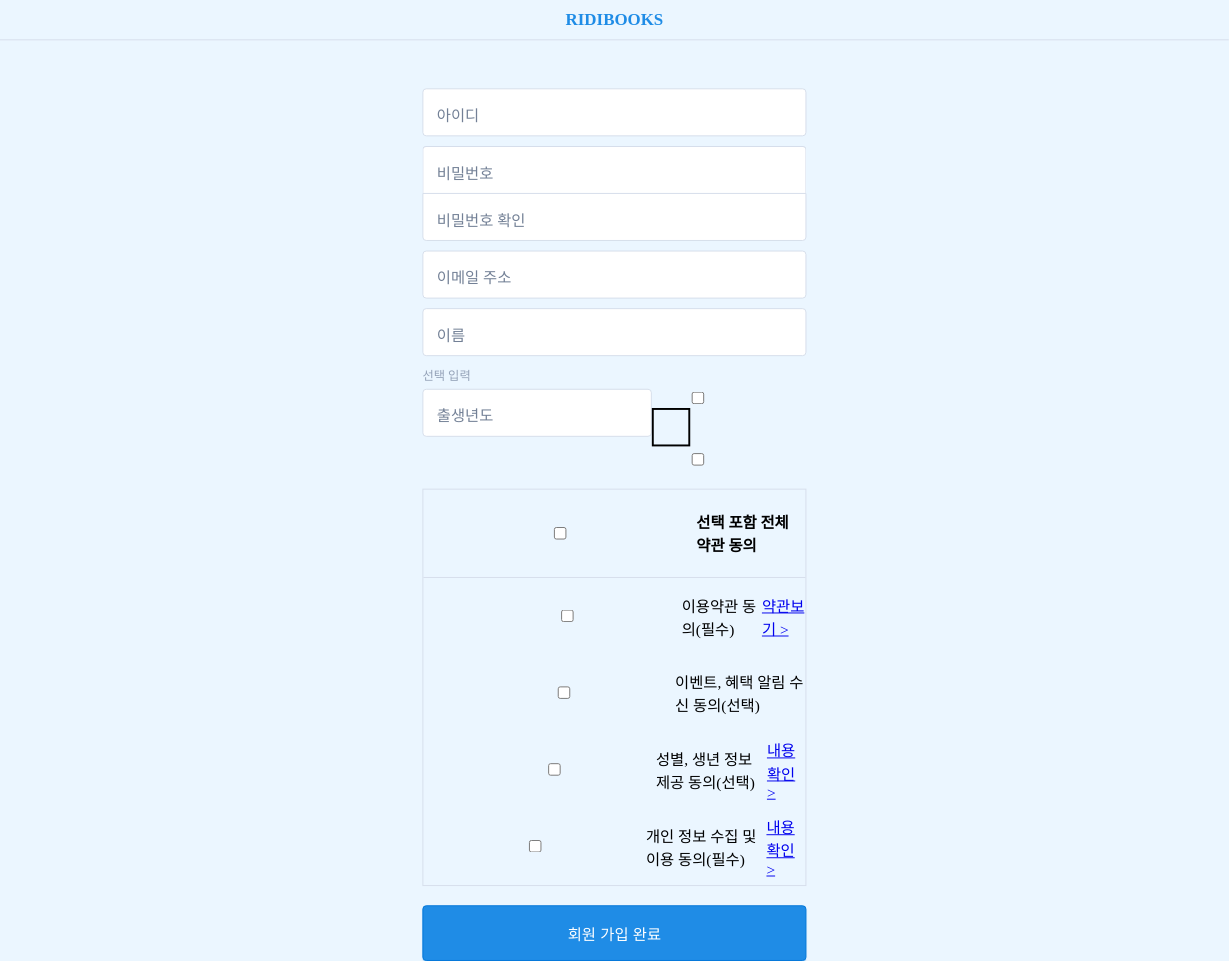
Repository: mega-teamproject/teamproject1
Page: html/join2.html
An editor plug-in stored every save of this project. The page is shown before and after the next save, followed by the edit.
The browser window is 1280 px wide. The pictures show the whole page, at 96% of full size.

Above is the page before, as saved 2021-12-30 00:25:04.

### html/join2.html
<!DOCTYPE html>
<html lang="ko">
  <head>
    <meta charset="UTF-8" />
    <meta http-equiv="X-UA-Compatible" content="IE=edge" />
    <meta name="viewport" content="width=device-width, initial-scale=1.0" />
    <title>insert page title</title>
    <link rel="stylesheet" href="../css/join2.css" />
    <link
      rel="stylesheet"
      href="https://use.fontawesome.com/releases/v5.15.4/css/all.css"
      integrity="sha384-DyZ88mC6Up2uqS4h/KRgHuoeGwBcD4Ng9SiP4dIRy0EXTlnuz47vAwmeGwVChigm"
      crossorigin="anonymous"
    />
  </head>
  <body>
    <div class="container">
      <header>
        <h3>
          <a href="index.html">RIDIBOOKS</a>
        </h3>
      </header>
      <form action="">
        <div class="relative">
          <input type="text" class="mt-b" />
          <span class="placeholder">아이디</span>
          <span class="focus">5~20자 영문,숫자 입력</span>
          <p class="alert">
            <i class="fas fa-exclamation-circle"></i>
            아이디를 입력해주세요.
          </p>
        </div>
        <div class="relative">
          <input type="password" name="pwd" id="pwd" />
          <span class="placeholder">비밀번호</span>
          <span class="focus"
            >8자 이상, 영문/숫자/특수문자 중 2가지 이상 입력</span
          >
        </div>
        <div class="relative">
          <input type="password" name="pwdCheck" id="pwdCheck" class="mt-b" />
          <span class="placeholder">비밀번호 확인</span>
          <span class="focus">비밀번호 재입력</span>
          <p class="alert">
            <i class="fas fa-exclamation-circle"></i>
            비밀번호를 입력해주세요.
          </p>
        </div>
        <div class="relative">
          <input type="email" name="mail" id="mail" class="mt-b" />
          <span class="placeholder">이메일 주소</span>
          <span class="focus">이메일 주소 입력</span>
          <p class="alert">
            <i class="fas fa-exclamation-circle"></i>
            이메일을 입력해주세요.
          </p>
        </div>
        <div class="relative">
          <input type="text" name="name" id="name" class="mt-b" />
          <span class="placeholder">이름</span>
          <span class="focus">이름 입력</span>
          <p class="alert">
            <i class="fas fa-exclamation-circle"></i>
            이름을 입력해주세요.
          </p>
        </div>
        <div class="mt-b">
          <p id="label">선택 입력</p>
          <div class="birth-gender relative">
            <div class="birth">
              <input type="text" />
              <span class="placeholder">출생년도</span>
              <span class="focus">예: 1981</span>
            </div>
            <div class="gender">
              <label for="male_box"></label>
              <input type="checkbox" id="male_box" value="남" />
              <!-- <span>남</span> -->

              <label for="female_box"></label>
              <input type="checkbox" id="female_box" value="여" />
              <!-- <span>여</span> -->
            </div>
          </div>
        </div>
        <div class="terms">
          <div class="allAgree agree">
            <input type="checkbox" name="all" id="all" />
            <h4>선택 포함 전체 약관 동의</h4>
          </div>
          <div class="termAgree agree m-l space">
            <input type="checkbox" name="term" id="term" />
            <p>이용약관 동의(필수)</p>
            <a href="#">약관보기 ></a>
          </div>
          <div class="alarmAgree agree m-l">
            <input type="checkbox" name="alarm" id="alarm" />
            <p>이벤트, 혜택 알림 수신 동의(선택)</p>
          </div>
          <div class="infoAgree agree m-l space">
            <input type="checkbox" name="info" id="info" />
            <p>성별, 생년 정보 제공 동의(선택)</p>
            <a href="#">내용확인 ></a>
          </div>
          <div class="personalAgree agree space">
            <input type="checkbox" name="personalInfo" id="personalInfo" />
            <p>개인 정보 수집 및 이용 동의(필수)</p>
            <a href="#">내용확인 ></a>
          </div>
        </div>
        <div class="complete">
          <button
            class="submit-login"
            type="button"
            onclick="location.href='join2.html'"
          >
            회원 가입 완료
          </button>
        </div>
      </form>
    </div>
  </body>
</html>

### css/join2.css
* {
  /* input hover border 색 #9ea7ad */
  /* input border #D6DEEB */
  /* input내 span color #303538 */
  /* focus border #1F8CE6 */
  /* alert border rgb(250, 186, 179) */
  /* alert color rgb(230, 73, 56) */
  /* focus color rgb(31, 140, 230) */
  box-sizing: border-box;
}

body {
  margin: 0;
  background-color: #ebf6ff;
}

header {
  margin-bottom: 50px;
}

h3 {
  border-bottom: 1px solid #d6deeb;
  text-align: center;
  margin: 0;
  padding: 10px 0;
  font-size: 1.1rem;
  font-weight: bolder;
}

h3 a {
  text-decoration: none;
  color: #1f8ce6;
  font-weight: bold;
}
form {
  display: flex;
  flex-flow: column;
  width: 400px;
  margin: 0 auto;
}

form input {
  width: 100%;
  padding: 15px;
  border: 1px solid #d6deeb;
  border-radius: 4px;
  font-size: 1em;
}

form input:hover {
  border: 1px solid #9ea7ad;
  border-radius: 4px;
}

form input:focus {
  outline: 1px solid #1f8ce6;
  border-radius: 4px;
}

form .relative {
  position: relative;
}

form .relative span.placeholder {
  position: absolute;
  top: 15px;
  left: 15px;
  color: #738096;
}

form .relative span.focus {
  position: absolute;
  top: 5px;
  left: 10px;
  font-size: 5px;
  color: rgb(31, 140, 230);
  display: none;
}

form .relative p.alert {
  display: none;
  color: rgb(230, 73, 56);
}

input.mt-b {
  margin-bottom: 10px;
}

input#pwd {
  border-bottom: none;
  border-radius: 4px 4px 0 0;
}

form input#pwd:focus {
  outline: 1px solid #1f8ce6;
  border-bottom: 1px solid #1f8ce6;
  border-radius: 4px;
}

input#pwdCheck {
  border-radius: 0 0 4px 4px;
}

.mt-b p#label {
  font-size: 0.8em;
  color: #94a2b8;
  margin: 0;
  margin-bottom: 5px;
}

.birth-gender {
  display: flex;
}

input[id="male_box"] + label {
  display: inline-block;
  width: 40px;
  height: 40px;
  border: 2px solid black;
}

input.gender_box {
  display: none;
}

.terms {
  border: 1px solid #d6deeb;
  margin-top: 20px;
  display: flex;
  flex-flow: column;
}
.allAgree {
  border-bottom: 1px solid #d6deeb;
}

.terms .agree {
  display: flex;
  align-items: center;
}

.terms .m-l {
  margin-left: 30px;
}

button.submit-login {
  width: 100%;
  padding: 16px 14px;
  margin: 20px 0;
  margin-bottom: 0;
  cursor: pointer;
  background-color: #1f8ce6;
  border: 1px solid #0077d9;
  border-radius: 4px;
  color: white;
  font-size: 1rem;
  font-weight: 570;
  box-shadow: 0 1px 1px 0 rgb(31 140 230 / 30%);
}

After the next save:
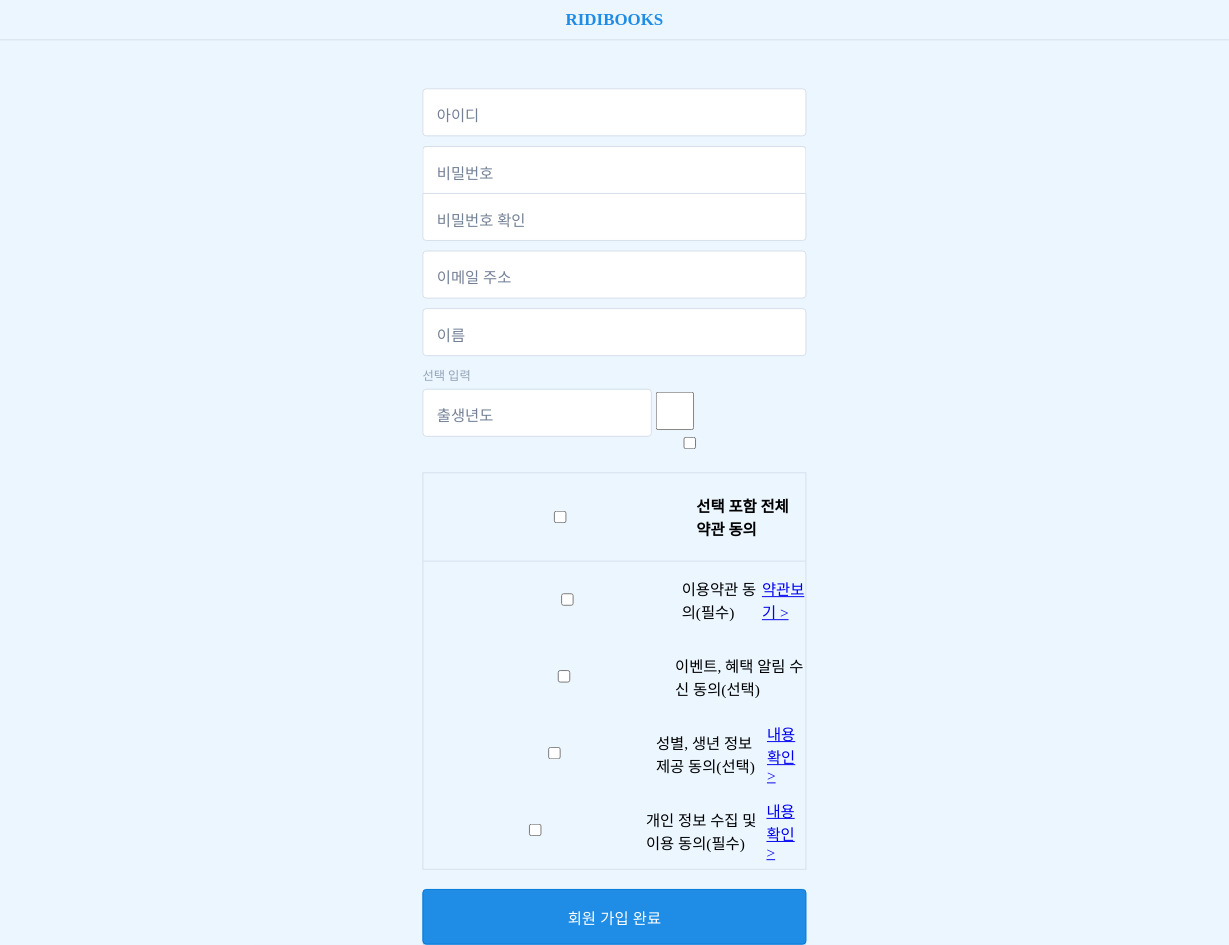
Saved 10 s later.
--- a/css/join2.css
+++ b/css/join2.css
@@ -112,7 +112,7 @@
   display: flex;
 }
 
-input[id="male_box"] + label {
+label + input[id="male_box"] {
   display: inline-block;
   width: 40px;
   height: 40px;
